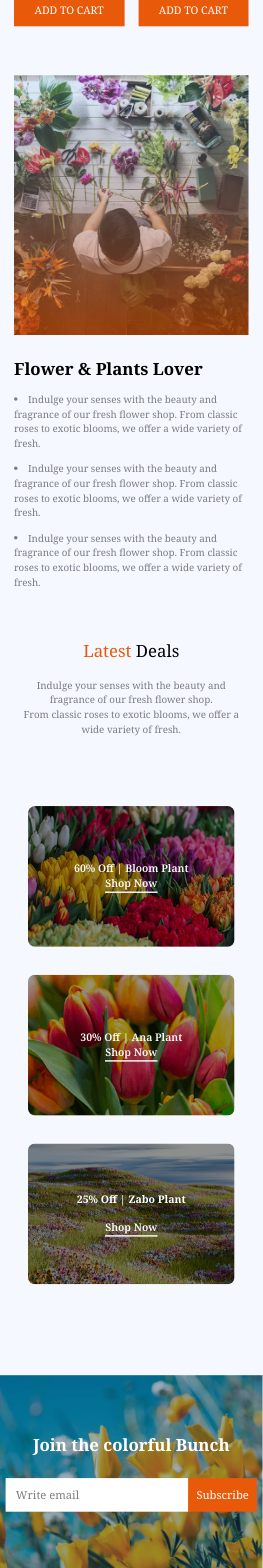
Repository: nahid-hasann/website-7
Page: index.html
An editor plug-in stored every save of this project. The page is shown before and after the next save, followed by the edit.
The browser window is 375 px wide. The pictures show the part of the page from y = 2232 to 4472 px (the page is 4472 px tall), at 70% of full size.
Some web libraries are served in a nearby version.

Above is the page before, as saved 2025-07-24 21:30:27.

### index.html
<!DOCTYPE html>
<html lang="en">
<head>
    <meta charset="UTF-8">
    <meta name="viewport" content="width=device-width, initial-scale=1.0">
    <title> website-7 </title>
    <link rel="stylesheet" href="style.css">
     <script src="https://cdn.jsdelivr.net/npm/@tailwindcss/browser@4"></script>
    <link rel="stylesheet" href="https://cdnjs.cloudflare.com/ajax/libs/font-awesome/7.0.0/css/all.min.css" integrity="sha512-DxV+EoADOkOygM4IR9yXP8Sb2qwgidEmeqAEmDKIOfPRQZOWbXCzLC6vjbZyy0vPisbH2SyW27+ddLVCN+OMzQ==" crossorigin="anonymous" referrerpolicy="no-referrer" />
   <link rel="preconnect" href="https://fonts.googleapis.com">
<link rel="preconnect" href="https://fonts.gstatic.com" crossorigin>
<link href="https://fonts.googleapis.com/css2?family=Noto+Serif:ital,wght@0,100..900;1,100..900&display=swap" rel="stylesheet">
</head>
<body class="noto-serif-nahid">


    <header>
        <nav>
            <div class="nav-logo">
                <img src="assets/logo.png" alt="">
            </div>
            <div class="nav-menu">
                <ul>
                    <li class="ul-li" style="color: black; font-weight: bold;">Home</li>
                    <li class="ul-li" >Shop</li>
                    <li class="ul-li" >About us</li>
                    <li class="last-li" style="color: black;"><i class="fa-solid fa-cart-shopping"></i>Cart ($56)</li>
                </ul>
            </div>
        </nav>
    </header>

    <main>

        <section class="banner">
            <div class="banner-section">
                <div class="banner-description">
                    <h1>ALWAYS <span style="color: #e85a0a;">FRESH <br> FLOWERS</span></h1>
                    <p>Indulge your senses with the beauty and fragrance of our fresh flower shop. From classic roses to exotic blooms, we offer a wide variety of fresh flowers that are perfect for any occasion.  </p>
                </div>
                <div class="banner-img">
                    <img src="assets/hero-flower.png" alt="">
                </div>
            </div>
        </section>

        <section class="plants-section">
             <h1> <span style="color: #e85a0a;">Our</span> Plants</h1>
             <p>Indulge your senses with the beauty and fragrance of our fresh flower shop. From classic roses to exotic blooms, we offer a wide variety of fresh.</p>
             <div class="plants-card">
                <div class="card">
                    <img src="assets/sample-flower-image.png" alt="">
                    <h4>Lily Blossom</h4>
                    <h2>20 USD</h2>
                    <button class="btn">ADD TO CART</button>
                </div>
                 <div class="card">
                    <img src="assets/sample-flower-image.png" alt="">
                    <h4>Lily Blossom</h4>
                    <h2>20 USD</h2>
                    <button class="btn">ADD TO CART</button>
                </div>
                 <div class="card">
                    <img src="assets/sample-flower-image.png" alt="">
                    <h4>Lily Blossom</h4>
                    <h2>20 USD</h2>
                    <button class="btn">ADD TO CART</button>
                </div>
                 <div class="card">
                    <img src="assets/sample-flower-image.png" alt="">
                    <h4>Lily Blossom</h4>
                    <h2>20 USD</h2>
                    <button class="btn">ADD TO CART</button>
                </div>
                 <div class="card">
                    <img src="assets/sample-flower-image.png" alt="">
                    <h4>Lily Blossom</h4>
                    <h2>20 USD</h2>
                    <button class="btn">ADD TO CART</button>
                </div>
                 <div class="card">
                    <img src="assets/sample-flower-image.png" alt="">
                    <h4>Lily Blossom</h4>
                    <h2>20 USD</h2>
                    <button class="btn">ADD TO CART</button>
                </div>
                 <div class="card">
                    <img src="assets/sample-flower-image.png" alt="">
                    <h4>Lily Blossom</h4>
                    <h2>20 USD</h2>
                    <button class="btn">ADD TO CART</button>
                </div>
                 <div class="card">
                    <img src="assets/sample-flower-image.png" alt="">
                    <h4>Lily Blossom</h4>
                    <h2>20 USD</h2>
                    <button class="btn">ADD TO CART</button>
                </div>
             </div>
        </section>

        <section class="plants-lover-section">
            <div class="plants-lover-div">
                <div class="plants-lover-img">
                <img src="assets/flower-store.png" alt="">
                <div class="badge">
                    <img class="badge-img" src="assets/trusted-badge.png" alt="">
                </div>
            </div>
            <div class="plants-lover-content">
                <h1>Flower & Plants Lover</h1>
                <or>
                    <li>Indulge your senses with the beauty and fragrance of our fresh flower shop. From classic roses to exotic blooms, we offer a wide variety of fresh.</li>
                    <li>Indulge your senses with the beauty and fragrance of our fresh flower shop. From classic roses to exotic blooms, we offer a wide variety of fresh.</li>
                    <li>Indulge your senses with the beauty and fragrance of our fresh flower shop. From classic roses to exotic blooms, we offer a wide variety of fresh.</li>
                </or>
            </div>
            </div>
        </section>

        <section class="offer-main-section">

            <h1 class="text-[50px]"><span style="color: #e85a0a;">Latest</span>  Deals</h1>
            <p>Indulge your senses with the beauty and fragrance of our fresh flower shop. <br> From classic roses to exotic blooms, we offer a wide variety of fresh.</p>

           <div class="offer-section">
            <div class="card card-1">
                 <h3>60% Off | Bloom Plant</h3>
                 <a href="#">Shop Now</a>
            </div>
            <div class="card big-card">
                <h2>25% Off | Zabo Plant</h2>
                <a href="#">Shop Now</a>
            </div>
            <div class="card card-2">
                 <h3>30% Off | Ana Plant</h3>
                 <a href="#">Shop Now</a>
            </div>

           </div>

  </section>

  <section class="subscribe-section">

    <h1>Join the colorful Bunch</h1>

    <div class="subscibe">
        <input type="text" name="" placeholder="Write email" id="">
        <button class="btn-2">Subscribe</button>
    </div>
  </section>


    </main>




</body>
</html>

### style.css


*{
    margin: 0;
    padding: 0;
    box-sizing: border-box;
}


.noto-serif-nahid {
  font-family: "Noto Serif", serif;
  font-optical-sizing: auto;
  font-style: normal;
  font-variation-settings:
    "wdth" 100;
}

body{
    background-color: #f5f8ff;
}



/* header suru  */

header{
   margin: 20px auto;
   max-width: 1140px;
}

nav{
    display: flex;
    justify-content: space-between;
    align-items: center;
}

.nav-logo img{
    width: 100%;
}

.nav-menu ul{
     display: flex;
     gap: 30px;
     align-items: center;
     justify-content: center;
     margin: auto 0;
}

.nav-menu ul li{
    color: rgba(137, 135, 161, 1);
    font-weight: 400;
}


/* header sesh  */

/* banner-section  */

.banner{
    margin: 230px auto 130px auto;
    max-width: 1140px;

}

.banner-section{
     display: flex;
     align-items: end;
     justify-content: center;
}

.banner-description h1{
    font-size: 65px;
    font-weight: 800;

}

.banner-description p{
    font-size: 22px;
    color: #7b7c80;
}

.banner-img img{
    max-width: 570px;
}

/* banner-section  */

/* plants-section suru */

.plants-section{
    width: 1140px;
    margin: 130px auto;
}

.plants-section h1{
    text-align: center;
    font-size: 50px;
    margin-bottom: 14px;
    font-weight: 700;
}

.plants-card{
    display: grid;
    grid-template-columns: 1fr 1fr 1fr 1fr;
    gap: 30px;
    row-gap: 60px;
    margin-top: 60px;
}

.plants-section p{
    font-size: 22px;
    color: #7b7c80;
    text-align: center;
}

.card {
    display: flex;
    flex-direction: column;
    align-items: center;
    justify-content: center;
}

.card h4{
    font-size: 22px;
    font-weight: 300;
    margin-top: 18px;
}

.card h2{
    font-size: 22px;
    font-weight: 700;
    margin-bottom: 18px;
}

.btn{
    background-color: #e85a0a;
    width: 100%;
    padding: 13px 0;
    color: white;
}

/* plants-section sesh  */

/* plants-lover-section suru  */

.plants-lover-section{
    width: 1140px;
    margin: 180px auto 130px auto;
}



.plants-lover-div{
     display: grid;
     grid-template-columns: 1fr 1fr;
    align-items: center;
    justify-content: center;
    gap: 60px;
}

.plants-lover-img{
    position: relative;
}

.badge-img{
    position: absolute;
    top: -80px;
    right: -80px;
    width: 200px;
    z-index: 999;
     animation-name: zoominout;
    animation-timing-function: ease-in-out;
    animation-iteration-count: infinite;
    animation-duration: 4s;
}

@keyframes zoominout{
    0%, 100%{
        transform: scale(1);
    }

    50%{
        transform: scale(1.1);
    }
}



.plants-lover-content h1{
     font-size: 50px;
     font-weight: 700;
}

.plants-lover-content or li{
    font-size: 22px;
    color: #7b7c80;
}

/* plants-lover-section sesh  */


/* offer-section start  */

.offer-main-section{
    width: 1140px;
    margin: 130px auto;
}

.offer-main-section h1{
    text-align: center;
    margin-bottom: 20px;
}

.offer-main-section p{
    color: #7b7c80;
    text-align: center;
    margin-bottom: 100px;
    font-size: 24px;
}

.offer-section{
    display: grid;
    grid-template-columns: 1fr 2fr;
    margin: auto;
    width: 1140px;
    gap: 40px;
    grid-auto-rows: 201px;
    margin-top: 50px;
}

.card{
    border-radius: 10px;
}

.card h3{
    font-size: 20px;
    font-weight: 600;
    color: white;
}

.card a{
    border-bottom: 2px solid white;
    color: white;
    font-size: 20px;
    font-weight: 600;
}

.big-card h2{
    font-size: 40px;
    color: white;
}

.card-1{
    background: linear-gradient(rgba(0, 0, 0, 0.4), rgba(0, 0, 0, 0.4)), url('assets/deal-bloom.png') ;
    height: 201px;
    grid-column: 1;
    grid-row: 1;
     background-repeat: no-repeat;
    background-position: center;
    background-size: cover;
}

.big-card{
    background: linear-gradient(rgba(0, 0, 0, 0.4), rgba(0, 0, 0, 0.4)),   url('assets/deal-zabo.png');
    grid-column: 2;
    grid-row: span 2;
    background-repeat: no-repeat;
    background-position: center;
    background-size: cover;
}

.card-2{
        background: linear-gradient(rgba(0, 0, 0, 0.4), rgba(0, 0, 0, 0.4)),   url('assets/deal-ana.png');
        height: 201px;
        grid-column: 1;
    grid-row: 2;
     background-repeat: no-repeat;
    background-position: center;
    background-size: cover;
}

/* offer-section end  */

/* subscribe-section start  */

.subscribe-section{
    margin: 130px 0 0 0;
    background: url('assets/news-letter-bg.png') ;
    height: 533px;
    display: flex;
    flex-direction: column;
    align-items: center;
    justify-content: center;
    background-repeat: no-repeat;
    background-position: center;
    background-size: cover;
}

.subscribe-section h1{
    font-size: 50px;
    text-align: center;
    margin-bottom: 30px;
    color: white;
    font-weight: 700;
}

.subscibe{
    display: flex;
}

.subscibe input{
    background-color: white;
    width: 733px;
    padding: 12px 50px 12px 15px;

}

.btn-2{
    background-color: #e85a0a;
    padding: 12px ;
    color: white;
    width: 100px;
}

/* subscribe-section end  */








/* media screen  */

@media screen and (max-width:575px) {
    header{
        width: 100%;
    }

nav{
    margin:0 30px;

}

.nav-logo img{
    width: 63px;
}
    .ul-li{
        display: none;
    }

    .banner{
        max-width: 575px;
        margin-top: 70px ;
        margin-bottom: 70px;
    }

    .banner-section{
        flex-direction: column-reverse;

    }

    .banner-description{
        margin-left: 30px;
    }

    .banner-description h1{
    font-size: 24px;
}

.banner-description p{
    font-size: 14px;
}

.banner-img img{
    max-width: 400px;
    margin-bottom: 80px;
}

.plants-section{
    width: 100% ;
    padding: 0 20px ;
    margin: 70px 0;

}

.plants-card{
    display: grid;
    grid-template-columns: 1fr 1fr;
    gap: 20px;
    row-gap: 40px;
}

.plants-section h1{
    font-size: 24px;
}
.plants-section p{
    font-size: 14px;
}

.card h4{
    font-size: 15px;
}

.card h2{
    font-size: 15px;
}

.btn{
    font-size: 15px;
}

.plants-lover-section{
    width: 100%;
    margin: 70px 0;
    padding: 0 20px;
}

.plants-lover-div{
    grid-template-columns: 1fr;
}

.badge-img{
    display: none;
}


.plants-lover-content h1{
    font-size: 24px;
    margin-top: -30px;
}

.plants-lover-content or li{
    font-size: 14px;
}

.plants-lover-content or li:nth-child(2){
    margin-top: 15px;
    margin-bottom: 15px;
}

.plants-lover-content or li:first-child{
    margin-top: 15px;
}

.offer-main-section{
    width: 100%;
    padding: 0 20px;
    margin-top: 70px ;
    margin-bottom: 70px;
}

.offer-main-section h1{
    font-size: 24px;
}

.offer-main-section p{
    font-size: 14px;
    margin-top: 15px;
}

.offer-section{
    grid-template-columns: 1fr;
    width: 100%;
    margin: 0px 0 70px 0;
    padding: 0 20px;
}

.card h3 {
    font-size: 15px;
}

.card a{
    font-size: 15px;
}

.big-card h2{
    font-size: 15px;
}

.card-1{
    grid-column: 1;
    grid-row: 1;
}

.card-2{
    grid-column: 1;
    grid-row: 2;
}

.big-card{
    grid-column: 1;
    grid-row: 3;
}

.subscribe-section{
    height: 276px;
}

.subscribe-section h1{
    font-size: 24px;
}

.subscibe input{
    width: auto;
    font
}

.btn-2{
    width: auto;
}

}

After the next save:
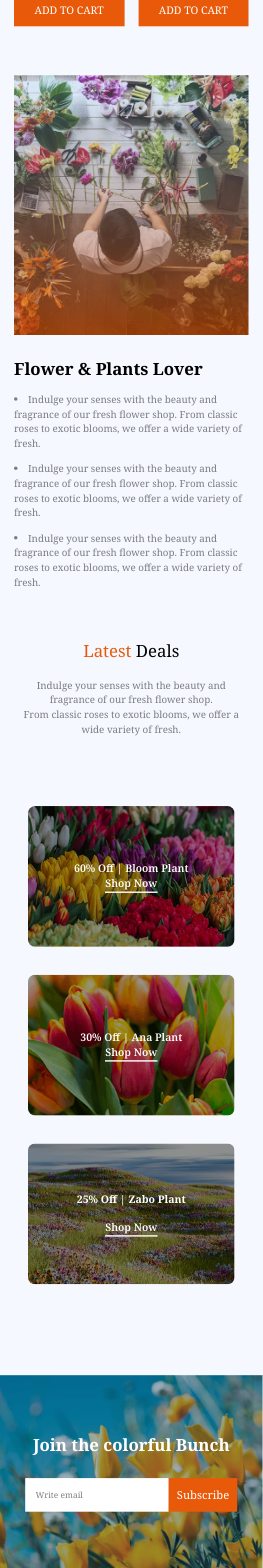
Saved 4 s later.
--- a/style.css
+++ b/style.css
@@ -504,7 +504,7 @@ nav{
 
 .subscibe input{
     width: auto;
-    font
+    font-size: 12px;
 }
 
 .btn-2{
